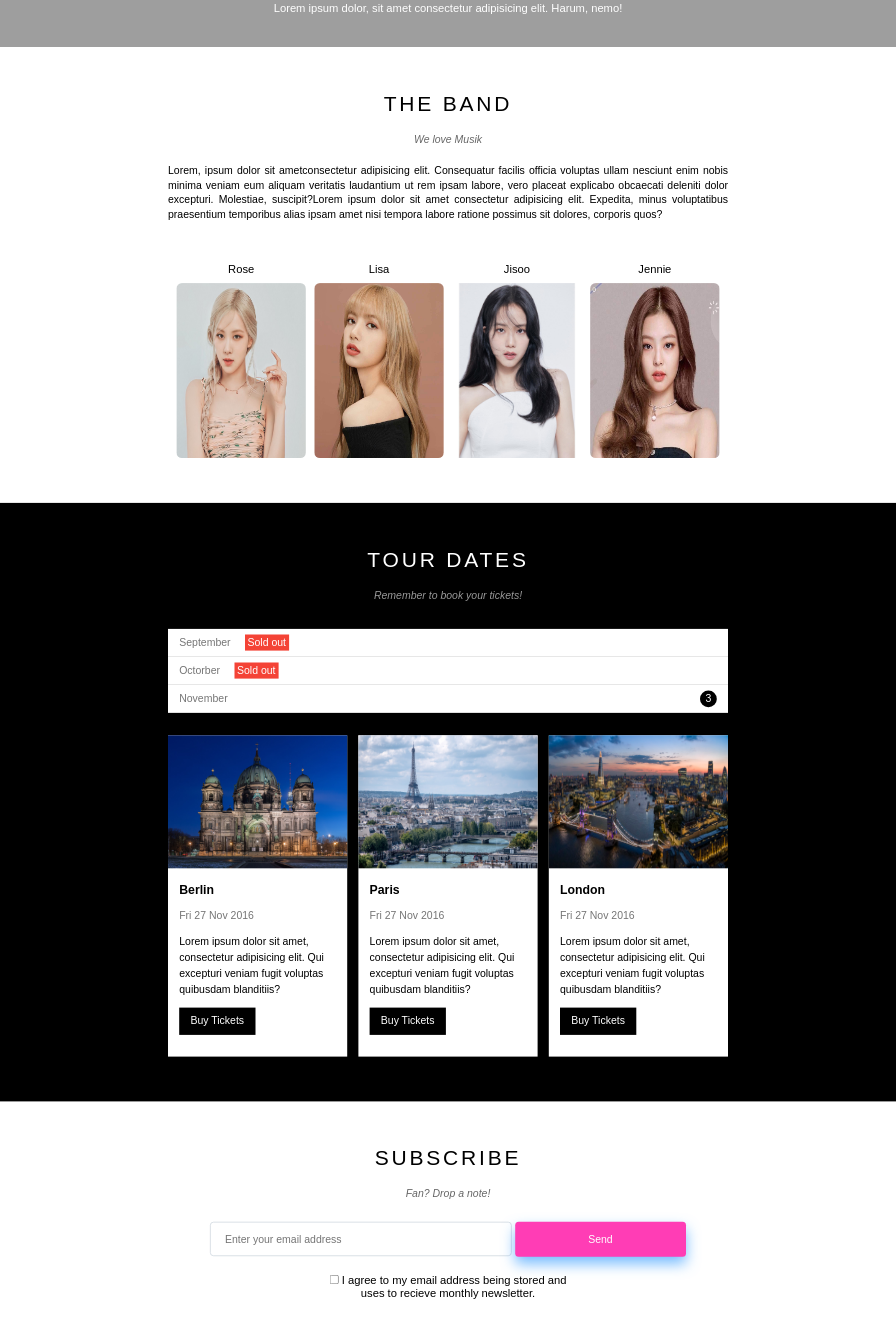
Repository: AiTrinh303/First-Project
Page: /
The author's editor kept a copy of each file at every save. The page is drawn from the files as they stood at one save, then again after the next save.
The browser window is 1280 px wide. The pictures show the part of the page from y = 619 to 2539 px (the page is 2539 px tall), at 70% of full size.
The pointer rests on the first visible `.form__button`.
Pictures or frames that could not be fetched are drawn as grey boxes. The project was rebuilt for these pictures with package versions that can differ from the ones it lists, and the page was loaded fresh each time.

Above is the page before, as saved 2024-01-23 10:15:59.

After the next save:
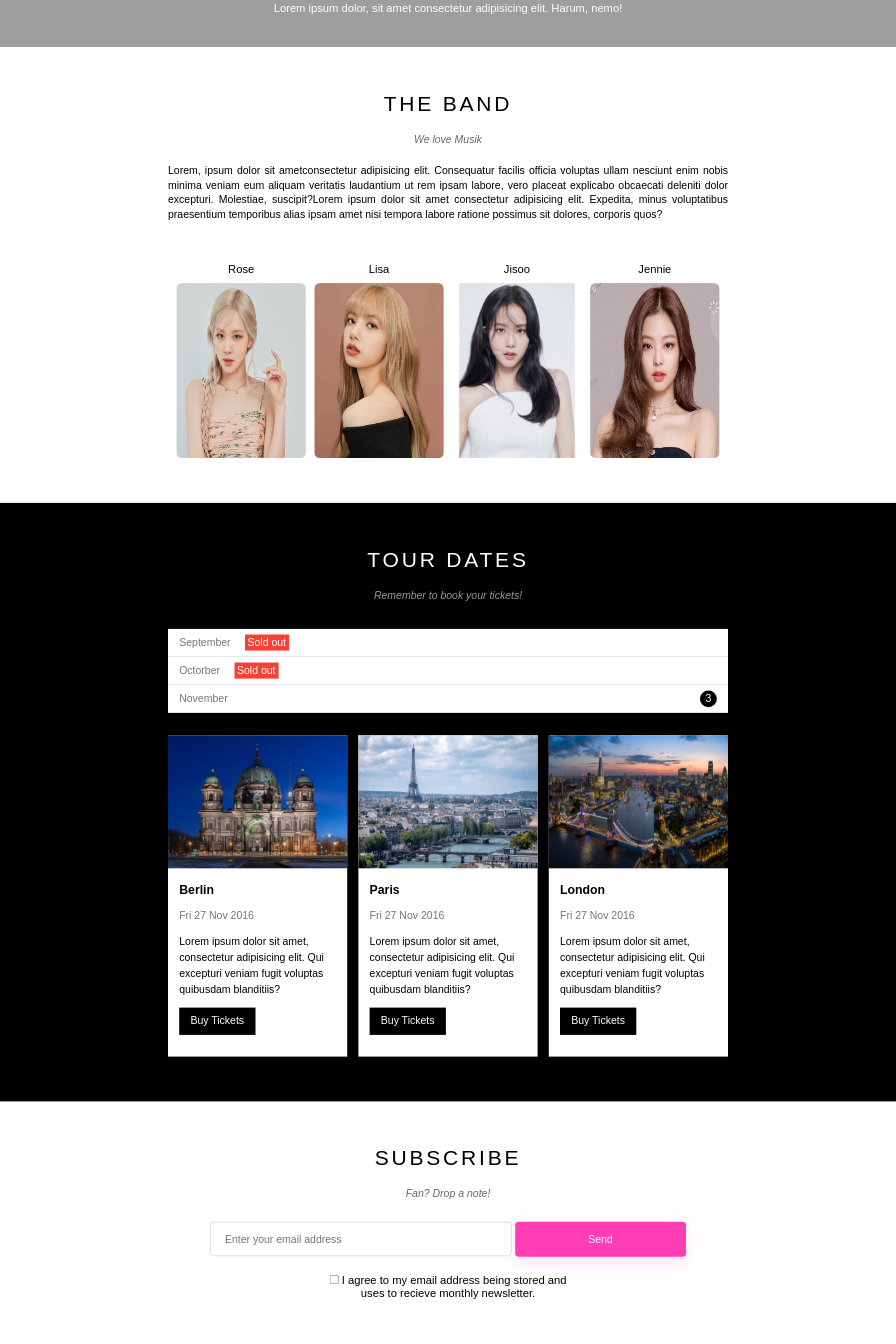
Saved 22 s later.
--- a/src/styles/main.css
+++ b/src/styles/main.css
@@ -307,7 +307,7 @@ box-shadow: 0 4px 20px rgba(254, 216, 255, 0.7);
 }
 
 .form__button:hover {
-box-shadow: 0 10px 20px rgba(61, 159, 255, 0.7);
+box-shadow: 0 10px 20px rgba(254, 216, 255, 0.7);
 }
 
 .notice {
